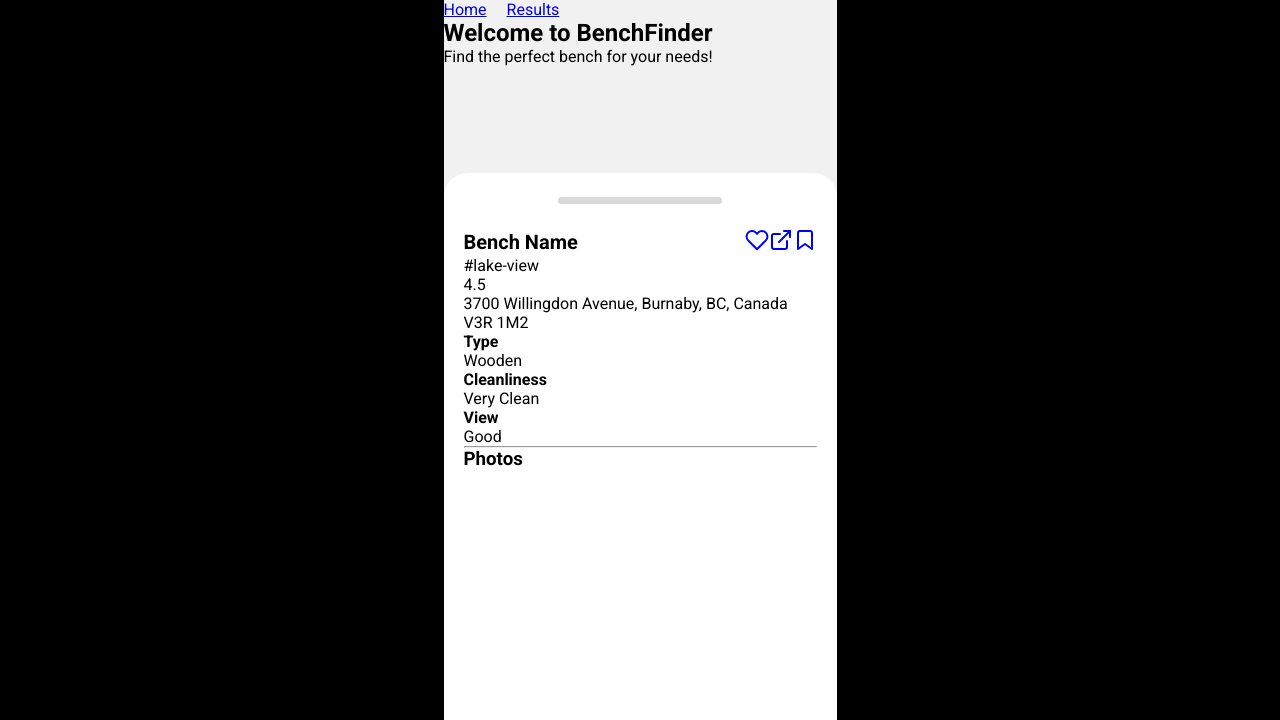
Repository: HidayatPatil/BenchFinder
Page: /
The author's editor kept a copy of each file at every save. The page is drawn from the files as they stood at one save, then again after the next save.
The browser window is 1280 px wide. The pictures show the whole page.
The project was rebuilt for these pictures with package versions that can differ from the ones it lists, and the page was loaded fresh each time. Also part of the build but not shown: vite.config.js, src/Results.jsx.

Above is the page before, as saved 2025-10-09 21:18:50.

After the next save:
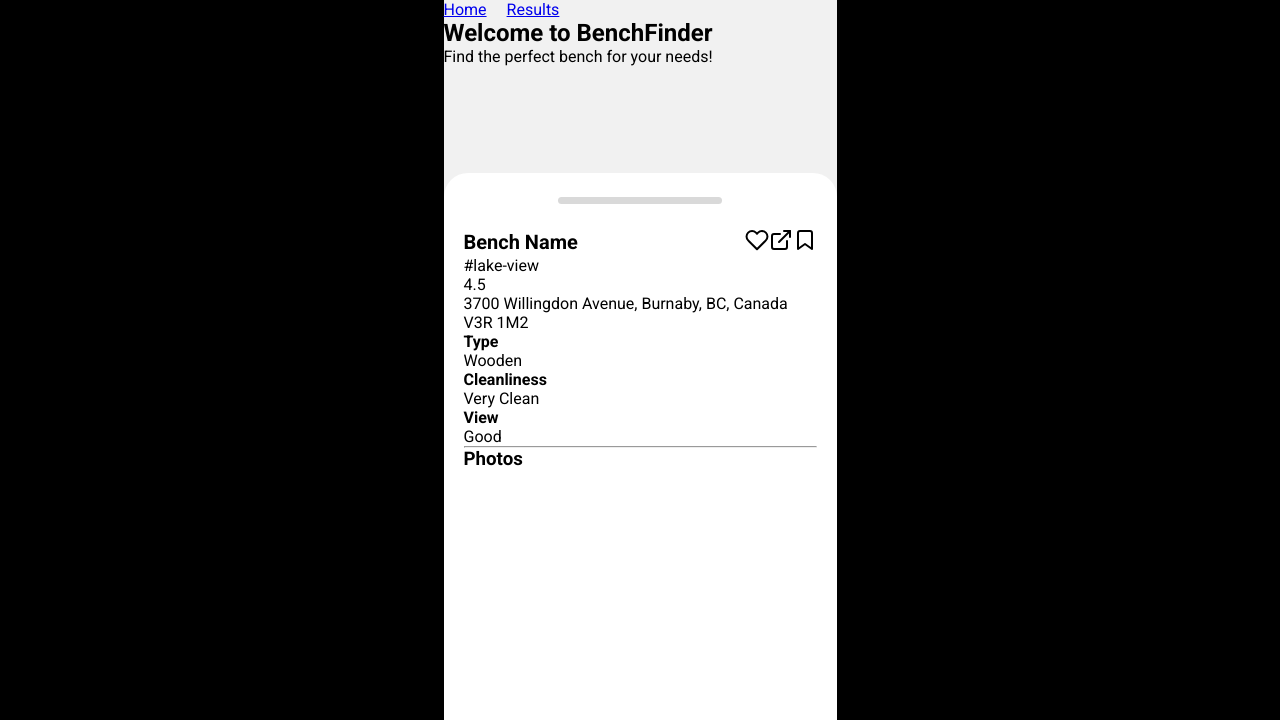
Saved 12 s later.
--- a/src/components/contentDrawer.jsx
+++ b/src/components/contentDrawer.jsx
@@ -12,7 +12,7 @@ export default function ContentDrawer() {
           <div className="metadata_name_options">
             <h2>Bench Name</h2>
             <div className="bench_metadata_options">
-              <IconContext.Provider value={{ color: "blue", className: "option_icons" }}>
+              <IconContext.Provider value={{ className: "option_icons" }}>
                 <FiHeart />
                 <FiExternalLink />
                 <FiBookmark />
